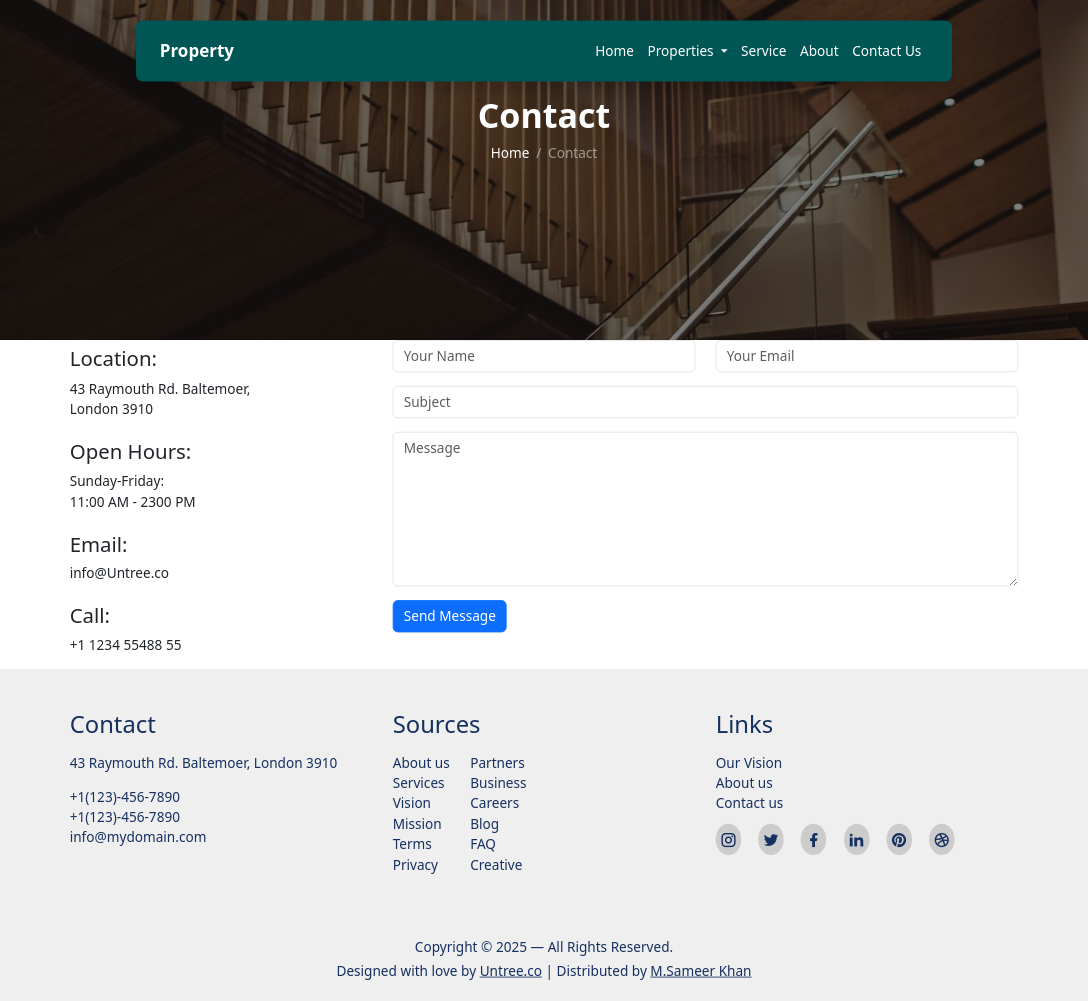
Repository: sameerrrrkhan911-git/Property
Page: contact.html
An editor plug-in stored every save of this project. The page is shown before and after a run of saves, followed by the edit.
The browser window is 1280 px wide. The pictures show the whole page, at 85% of full size.
Some icons come from a web library that is not loaded, so they are not drawn. Some web libraries are served in a nearby version.

Above is the page before, as saved 2025-09-28 21:17:00.
Console error: TypeError: Cannot read properties of undefined (reading 'length')

After the next 2 saves:
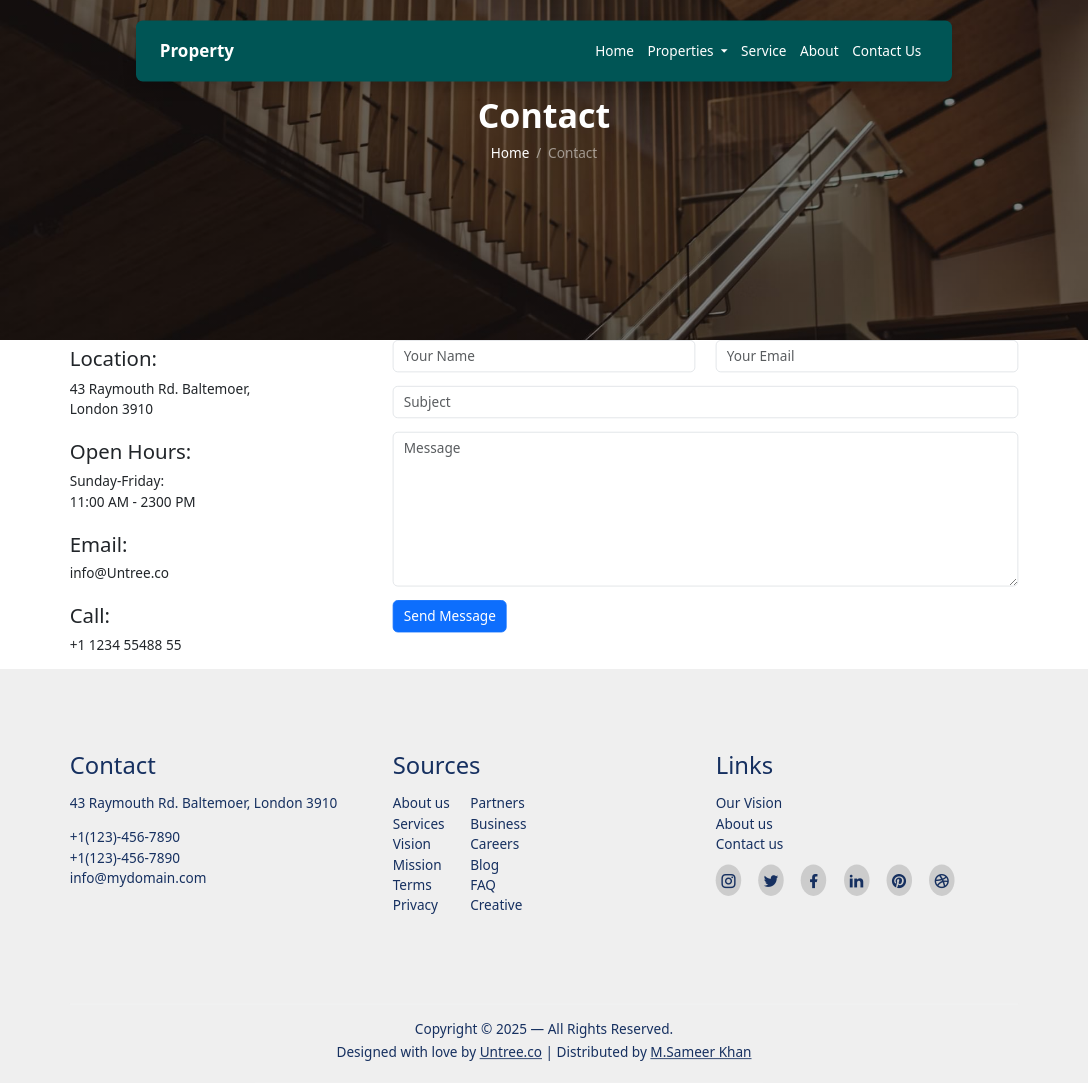
The 2 saves are shown as one change because they came seconds apart.
The last was saved 9 s later.
--- a/contact.html
+++ b/contact.html
@@ -163,7 +163,7 @@
     <footer class="greyy py-5 pb-4 grey">
 
         <div class="container">
-            <div class="row">
+            <div class="row py-5">
 
                 <!-- Contact -->
                 <div class="col-lg-4 col-md-6 mb-4">

After the save that followed:
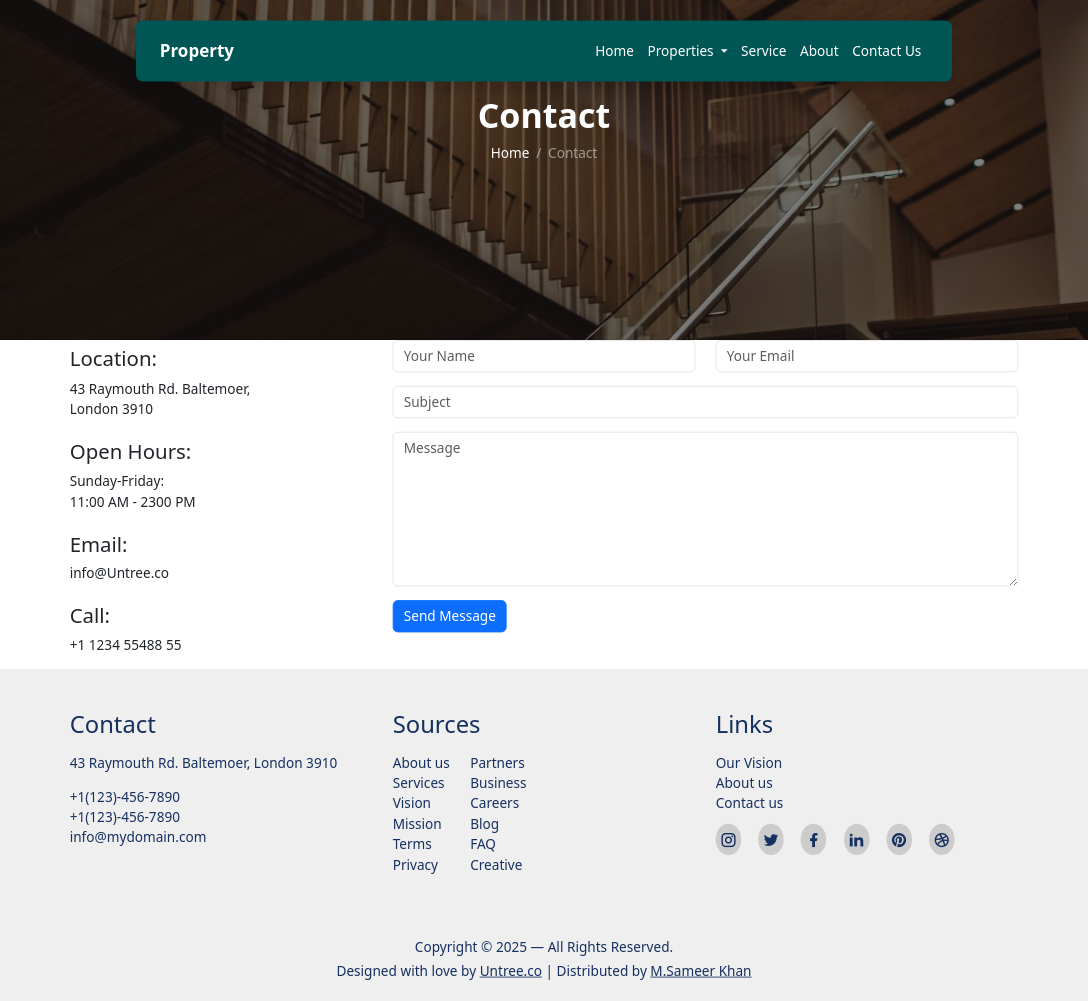
Saved 13 s later.
--- a/contact.html
+++ b/contact.html
@@ -163,7 +163,7 @@
     <footer class="greyy py-5 pb-4 grey">
 
         <div class="container">
-            <div class="row py-5">
+            <div class="row">
 
                 <!-- Contact -->
                 <div class="col-lg-4 col-md-6 mb-4">
